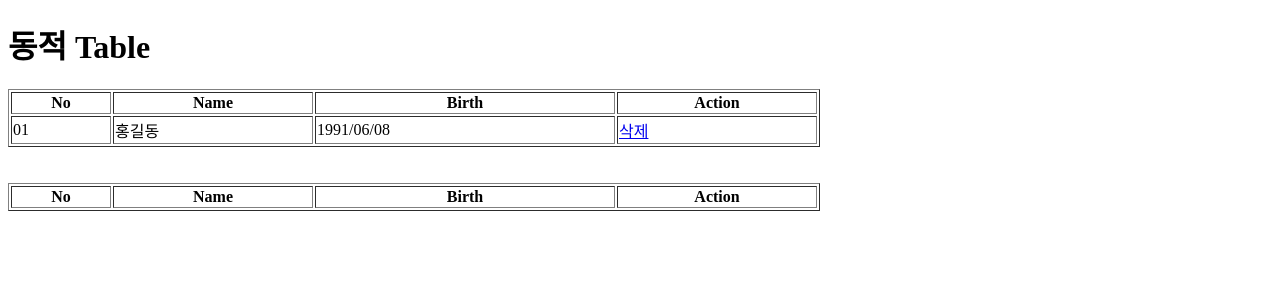
Repository: jeongho97/JQuery
Page: alloc/WebContent/index.html
An editor plug-in stored every save of this project. The page is shown before and after the next save, followed by the edit.
The browser window is 1280 px wide. The pictures show the whole page.

Above is the page before, as saved 2022-05-13 07:16:35.

### alloc/WebContent/index.html
<!DOCTYPE html>
<html>
<head>
<meta charset="UTF-8">
<title>Insert title here</title>
<script src="https://code.jquery.com/jquery-3.6.0.js"></script>
</head>
<body>

<h1>동적 Table</h1>

<table border="1" id="list_table">
<colgroup>

	<col style="width:100px">
	<col style="width:200px">
	<col style="width:300px">
	<col style="width:200px">

</colgroup>

<thead>
<tr>

	<th>No</th>
	<th>Name</th>
	<th>Birth</th>
	<th>Action</th>

</tr>
</thead>

<tbody>
<tr>
	<td>01</td>
	<td>홍길동</td>
	<td>1991/06/08</td>
	<td><a href="#" class="delete-link">삭제</a></td>
</tr>
</tbody>


</table>

<br><br>

<!-- 입력테이블 -->
<table border="1" id="append_table">
<colgroup>
	<col style="width:100px">
	<col style="width:200px">
	<col style="width:300px">
	<col style="width:200px">
</colgroup>

<thead>
<tr>
	<th><label for="add_no">No</label></th>
	<th>Name</th>
	<th>Birth</th>
	<th>Action</th>
</tr>
</thead>

<tbody>

</tbody>

</table>
</body>
</html>

After the next save:
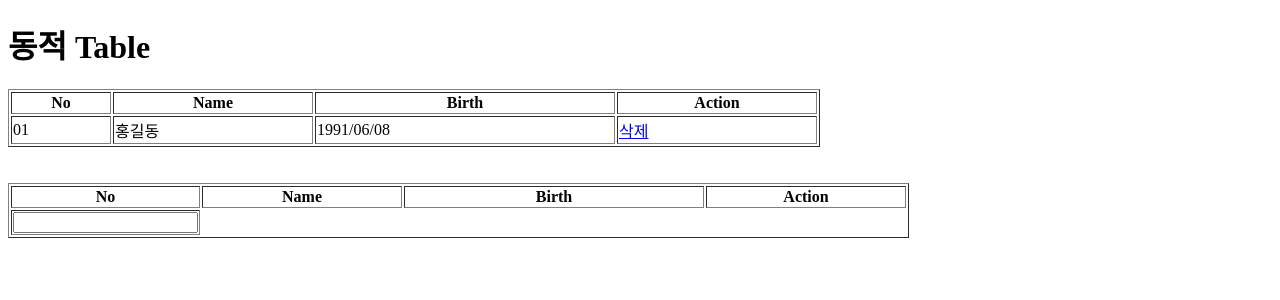
Saved 47 s later.
--- a/alloc/WebContent/index.html
+++ b/alloc/WebContent/index.html
@@ -63,7 +63,7 @@
 </thead>
 
 <tbody>
-
+	<td><input type="text" id="add_no"></td>
 </tbody>
 
 </table>
